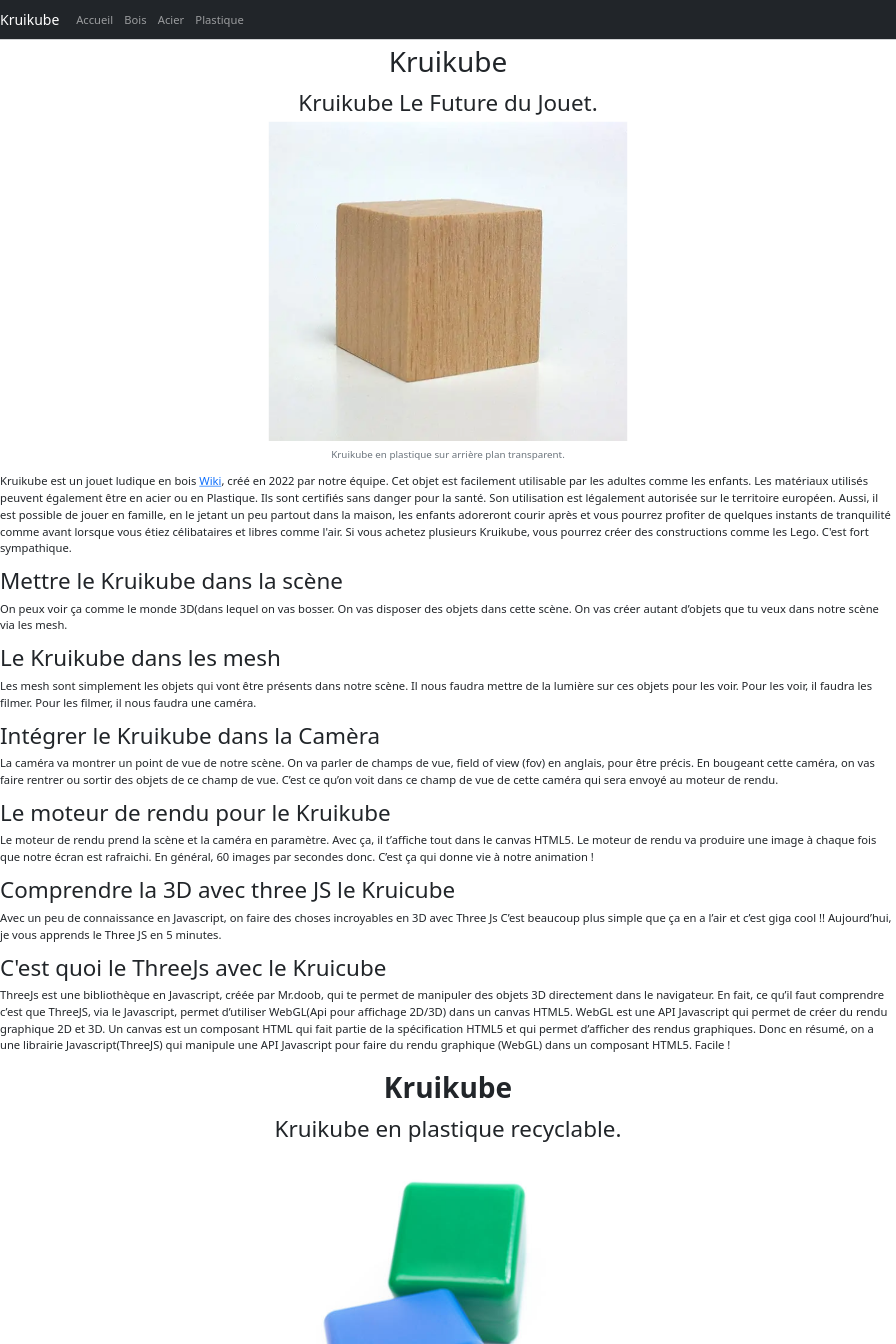
Repository: Kruikube/Kruikube
Page: index.html
These files come from the project's save history. The page is drawn as it stood at one moment and after a run of saves; the edit follows.
The browser window is 1280 px wide. The pictures show the part of the page from y = 0 to 1920 px (the page is 4024 px tall), at 70% of full size.

Above is the page before, as saved 2022-03-31 11:24:46.

### index.html
<!DOCTYPE html>
<html lang="fr">
  <head>
    <meta name="google-site-verification" content="rqRWDcKGGp18_3HLGgnKKX7ZpV50yoEMRC7l_c2QEfM" />
    <meta charset="UTF-8" />
    <meta http-equiv="X-UA-Compatible" content="IE=edge" />
    <meta name="viewport" content="width=device-width, initial-scale=1.0" />
    <link
      href="https://cdn.jsdelivr.net/npm/bootstrap@5.1.3/dist/css/bootstrap.min.css"
      rel="stylesheet"
      integrity="sha384-1BmE4kWBq78iYhFldvKuhfTAU6auU8tT94WrHftjDbrCEXSU1oBoqyl2QvZ6jIW3"
      crossorigin="anonymous"
    />
    <title>Kruikube</title>
    <meta
      name="description"
      content="Le Kruikube est un jouet en bois fait pour petits et grands dont la composition peut être aussi en plastique et en acier"
    />
    <meta property="og:title" content="Kruikube" />
    <meta property="og:locale" content="fr_FR" />
    <meta
      property="og:description"
      content="Le Kruikube est un jouet en bois fait pour petits et grands dont la composition peut être aussi en plastique et en acier"
    />
    <meta property="og:url" content="#" />
    <meta property="og:site_name" content="Kruikube" />
    <meta property="og:type" content="website" />
  </head>
  <body>
    <nav class="navbar navbar-expand-lg navbar-dark bg-dark">
      <a class="navbar-brand" href="#">Kruikube</a>
      <button
        class="navbar-toggler"
        type="button"
        data-toggle="collapse"
        data-target="#navbarSupportedContent"
        aria-controls="navbarSupportedContent"
        aria-expanded="false"
        aria-label="Toggle navigation"
      >
        <span class="navbar-toggler-icon"></span>
      </button>

      <div class="collapse navbar-collapse" id="navbarSupportedContent">
        <ul class="navbar-nav mr-auto">
          <li class="nav-item active">
            <a class="nav-link" href="index.html">Accueil</a>
          </li>
          <li class="nav-item active">
            <a class="nav-link" href="bois.html">Bois</a>
          </li>
          <li class="nav-item active">
            <a class="nav-link" href="acier.html">Acier</a>
          </li>
          <li class="nav-item active">
            <a class="nav-link" href="plastique.html">Plastique</a>
          </li>
        </ul>
      </div>
    </nav>
    <section class="module-content">
      <article class="unit-wrapper">
        <div class="unit-copy-wrapper">
          <h1 class="headline d-flex py-2 justify-content-center">Kruikube</h1>
          <h2 class="subhead text-center" role="presentation">
            Kruikube Le Future du Jouet.
          </h2>
        </div>
        <figure class="figure d-block mx-auto text-center">
          <img
            class="figure-img img-fluid"
            alt="Kruikube en bois"
            src="Img.png"
            width="40%"
            height="40%"
          />
          <figcaption class="figure-caption">
            Kruikube en plastique sur arrière plan transparent.
          </figcaption>
        </figure>
        <div class="d-flex justify-content-center">
            <p>
              Kruikube est un jouet ludique en bois <a href="https://fr.wikipedia.org/wiki/Cubage_du_bois">Wiki</a>, créé en 2022 par notre équipe. Cet objet est facilement utilisable
              par les adultes comme les enfants. Les matériaux utilisés peuvent également être en acier ou en Plastique.
              Ils sont certifiés sans danger pour la santé. Son utilisation est légalement autorisée sur le territoire européen.
                Aussi, il est possible de jouer en famille, en le jetant un peu partout dans la maison, les enfants adoreront courir après et
                vous pourrez profiter de quelques instants de tranquilité comme avant lorsque vous étiez célibataires et libres comme l'air.
                Si vous achetez plusieurs Kruikube, vous pourrez créer des constructions comme les Lego. C'est fort sympathique.
            </p>
            </div>
      </article>
    </section>
      <h2>Mettre le Kruikube dans la scène</h2>
      <p>
        On peux voir ça comme le monde 3D(<a></a>dans lequel on vas bosser. On vas
        disposer des objets dans cette scène. On vas créer autant d’objets
        que tu veux dans notre scène via les mesh.
      </p>
      <h2>Le Kruikube dans les mesh</h2>
      <p>
        Les mesh sont simplement les objets qui vont être présents dans
        notre scène. Il nous faudra mettre de la lumière sur ces objets pour
        les voir. Pour les voir, il faudra les filmer. Pour les filmer, il
        nous faudra une caméra.
      </p>
      <h2>Intégrer le Kruikube dans la Camèra</h2>
      <p>
        La caméra va montrer un point de vue de notre scène. On va parler de
        champs de vue, field of view (fov) en anglais, pour être précis. En
        bougeant cette caméra, on vas faire rentrer ou sortir des objets de
        ce champ de vue. C’est ce qu’on voit dans ce champ de vue de cette
        caméra qui sera envoyé au moteur de rendu.
      </p>
      <h2>Le moteur de rendu pour le Kruikube</h2>
      <p>
        Le moteur de rendu prend la scène et la caméra en paramètre. Avec
        ça, il t’affiche tout dans le canvas HTML5. Le moteur de rendu va
        produire une image à chaque fois que notre écran est rafraichi. En
        général, 60 images par secondes donc. C’est ça qui donne vie à notre
        animation !
      </p>
     <h2>Comprendre la 3D avec three JS le Kruicube</h2>
    <p>Avec un peu de connaissance en Javascript, on faire des choses incroyables en 3D avec Three Js C’est beaucoup plus simple que ça en a l’air et c’est giga cool !! Aujourd’hui, je vous apprends le Three JS en 5 minutes.</p>

    <h2>C'est quoi le ThreeJs avec le Kruicube</h2>
    <p>ThreeJs est une bibliothèque en Javascript, créée par Mr.doob, qui te permet de manipuler des objets 3D directement dans le navigateur. En fait, ce qu’il faut comprendre c’est que ThreeJS, via le Javascript, permet d’utiliser WebGL(Api pour affichage 2D/3D) dans un canvas HTML5.
        WebGL est une API Javascript qui permet de créer du rendu graphique 2D et 3D. Un canvas est un composant HTML qui fait partie de la spécification HTML5 et qui permet d’afficher des rendus graphiques.
        Donc en résumé, on a une librairie Javascript(ThreeJS) qui manipule une API Javascript pour faire du rendu graphique (WebGL) dans un composant HTML5. Facile !</p>
    </div>
    <section class="module-content">
      <article class="unit-wrapper">
        <div class="unit-copy-wrapper">
          <h1 class="headline d-flex py-2 justify-content-center"><strong>Kruikube</strong></h1>
          <h2 class="subhead text-center" role="presentation">
            Kruikube en plastique recyclable.
          </h2>
        </div>
        <figure class="figure d-block mx-auto text-center">
          <img
            class="figure-img img-fluid"
            alt="Kruikube en bois"
            src="plastique.jpg"
            width="40%"
            height="40%"
          />
          <figcaption class="figure-caption">
            Kruikube jouet en plastique sur arriere plan transparent .
          </figcaption>
        </figure>
        <div class="d-flex justify-content-center">
            <p>
              <strong>Kruikube</strong> plastique est une version alternative de celui en bois, developpé par nos chercheurs il y a peu .  La version plastique  est trasportable
              par tout le monde. Ce jouet se décline sous plusieurs formes .
               Aucun danger pour votre vie . Produit légal et totalement utilisable en Europe et a l'Internationale . Kurikube est de manufacture 100% françaises .
               Aussi, vous avez la possibilité de vous amusez en famille.
               Avec different Kurikube vous pouvez les assemblez et crée differente construction.
            </p>
            </div>
      </article>
    </section>
    <section class="module-content">
      <article class="unit-wrapper">
        <div class="unit-copy-wrapper">
          <h1 class="headline d-flex py-2 justify-content-center"><strong>Kruikube</strong></h1>
          <h2 class="subhead text-center" role="presentation">
            Kruikube alternative acier.
          </h2>
        </div>
        <figure class="figure d-block mx-auto text-center">
          <img
            class="figure-img img-fluid"
            alt="Kruikube en bois"
            src="cube.jpeg"
            width="40%"
            height="40%"
          />
          <figcaption class="figure-caption">
            <strong>Kruikube</strong> en zinc .
          </figcaption>
        </figure>
        <div class="d-flex justify-content-center">
            <p>
              <strong>Kruikube</strong> :  est un jouet en bois innovant pour les enfants

              Il s’agit d’un phénomène naturel par lequel l’enfant observe consciemment ou pas des modèles autour de lui (grand frère, parents, enseignants, copains, grands-parents, etc.) et tente de reproduire les attitudes, les gestes, les intonations, etc. Ainsi, lorsque votre petite fille s’empare de son poupon pour le porter et lui donner à manger, elle imite maman ou papa qui fait pareil avec elle ou son petit frère.

              Les images du jeu sensoriel
              Le jeu sensoriel permet aux enfants d'essayer et d'apprendre de nouvelles façons de parler du monde. Kruikube favorise le développement de leur langage et les encourage à communiquer efficacement avec les autres pendant le jeu. Couplé aux spécificités des jouets en bois,Kruicube permet la polyvalence et stimulent l'imagination, l'enfant est stimulé pour exprimer les nouvelles émotions qu'il ressent.

              Quand les parents s'inquiètent de l'environnement
              Aujourd'hui, les parents sont soucieux de l'environnement. Ils s'inquiètent non seulement des substances toxiques non organiques contenues dans les jouets et les articles de tous les jours, mais aussi de leurs effets néfastes sur l'environnement. Les décharges et les océans sont encombrés de plastiques non biodégradables et nocifs pour les organismes vivants, ce qui vient s'ajouter aux problèmes environnementaux déjà pressants. Le bois, en revanche, est un matériau durable, recyclable et biodégradable. En outre, une étude récente montre que trois mois en moyenne après Noël, 41 % de tous les jouets en plastique finissent à la décharge. Imaginez l'effet de tout ce plastique sur l'environnement. Les jouets en bois, s'ils finissent un jour dans une décharge, ne causeront pas beaucoup de dégâts et, avec le temps, ils se décomposeront sans laisser de traces nocives sur la terre ou dans l'océan.

              Les jouets de fabrication non organique
              Les jouets de fabrication non organique comme le plastique et le métal sont connus pour contenir des substances toxiques telles que le BPA, le PVC, et pour les plus anciens de la peinture au plomb. L'exploration des sens chez les jeunes enfants passe par l'étape de la mise des jouets à la bouche. L'avantage des jouets en bois est dû à leurs constitutions organiques, non toxique et naturellement antibactérien. Contrairement aux jouets en plastique qui, lorsqu'ils sont cassés, peuvent laisser des bords tranchants et dentelés et des petits morceaux avalables. De plus, les jouets en bois sont plus durables et recyclables.

              Des jouets en bois à l'épreuve de la mémoire
              Quel plaisir de manipuler un jouet en bois. De sentir le poids, la sensation de la matière, des formes arrondies ou angulaires, des jouets en bois développent des connexions neurologiques complexes dans le cerveau de l'enfant et améliore sa mémoire. En explorant le monde par le biais du toucher, les enfants deviennent aptes à reconnaître les principaux éléments et attributs du monde : chaud ou froid, collant ou rugueux, humide ou sec, mou ou rigide. Le bois peut se réchauffer et atteindre la chaleur, et il a une légère odeur naturelle. C'est particulièrement bénéfique pour les jeunes enfants, qui découvrent et explorent le monde non seulement par le toucher et la vue, mais aussi par l'odorat et en mettant des choses dans leur bouche Un jouet en bois est très apaisant et ne fait pas seulement appel au sens du toucher de l'enfant. Des recherches montrent que les enfants sont plus tranquilles avec des jouets en bois qu'avec toute autre matière. Explorer et jouer avec des jouets fabriqués à partir de matériaux naturels permet aux enfants de ralentir et de sonder les qualités et les possibilités du jeu. Les jouets en plastique, aux couleurs vives et lustrées peuvent sur stimuler, stresser et épuiser l'enfant, contrairement à la nature minimaliste, saine et non intrusive des jouets en bois. Le résultat  avec <strong>Kruikube</strong> est un enfant plus tranquille, plongé dans un jeu imaginatif de qualité
            </p>
            </div>
      </article>
    </section>

    <footer class="bg-dark text-center text-white">
      <div class="container p-4 pb-0">
        <section class="mb-4">
          <a href="#" class="text-white">Page</a>
        </section>
      </div>
      <div class="text-center p-3" style="background-color: rgba(0, 0, 0, 0.2)">
        © 2020 Copyright:
        <p class="text-white">Kruikube</p>
      </div>
    </footer>
    <script
      src="https://cdn.jsdelivr.net/npm/bootstrap@5.1.3/dist/js/bootstrap.bundle.min.js"
      integrity="sha384-ka7Sk0Gln4gmtz2MlQnikT1wXgYsOg+OMhuP+IlRH9sENBO0LRn5q+8nbTov4+1p"
      crossorigin="anonymous"
    ></script>
  </body>
</html>

After the next 4 saves:
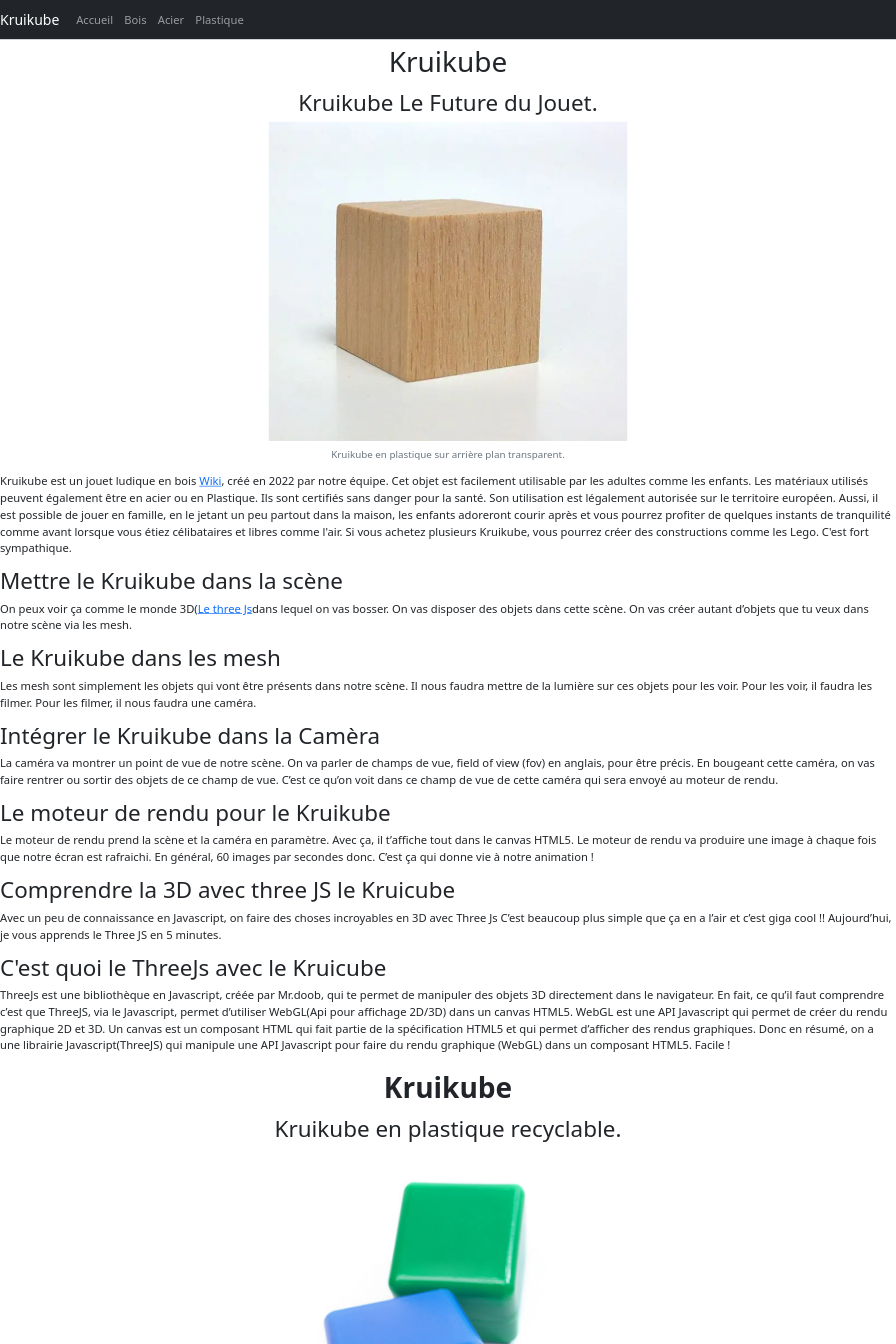
The 4 saves are shown as one change because they came seconds apart.
The last was saved 13 s later.
--- a/index.html
+++ b/index.html
@@ -92,7 +92,7 @@
     </section>
       <h2>Mettre le Kruikube dans la scène</h2>
       <p>
-        On peux voir ça comme le monde 3D(<a></a>dans lequel on vas bosser. On vas
+        On peux voir ça comme le monde 3D(<a href="https://threejs.org/">Le three Js</a>dans lequel on vas bosser. On vas
         disposer des objets dans cette scène. On vas créer autant d’objets
         que tu veux dans notre scène via les mesh.
       </p>
